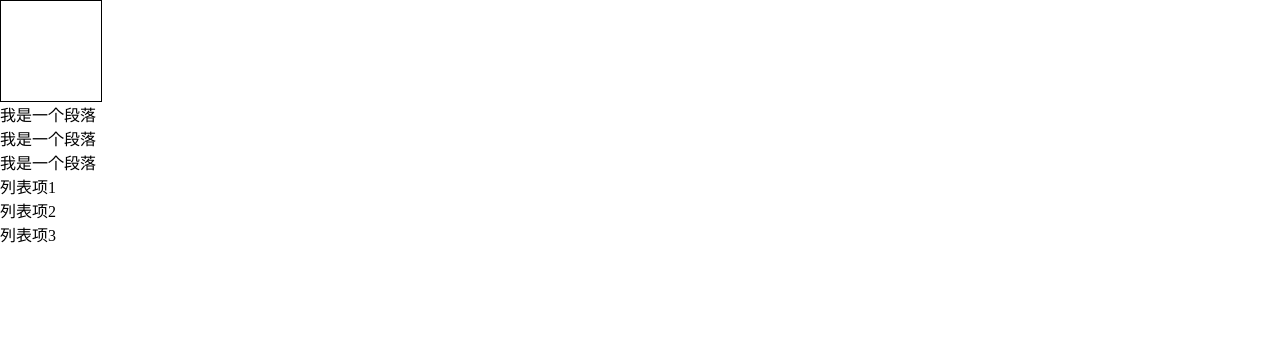
Repository: Romic77/css-test
Page: 默认样式.html
An editor plug-in stored every save of this project. The page is shown before and after the next save, followed by the edit.
The browser window is 1280 px wide. The pictures show the whole page.

Above is the page before, as saved 2022-09-03 01:13:57.

After the next save:
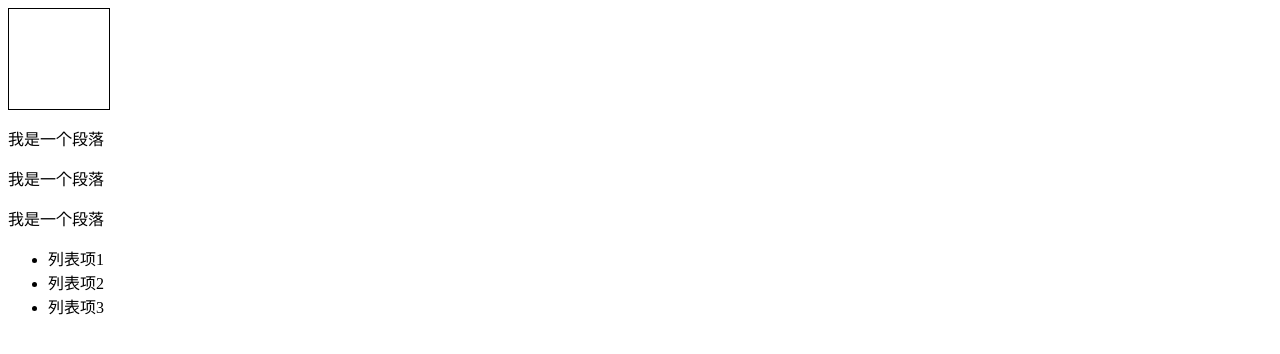
Not found: css
Saved 31 s later.
--- a/默认样式.html
+++ b/默认样式.html
@@ -6,6 +6,7 @@
     <meta http-equiv="X-UA-Compatible" content="IE=edge">
     <meta name="viewport" content="width=device-width, initial-scale=1.0">
     <title>Document</title>
+    <link rel="stylesheet" href="./css">
     <style>
         /* body {
             margin: 0px;
@@ -20,10 +21,10 @@
             padding: 0px;
         } */
 
-        * {
+        /*  * {
             margin: 0px;
             padding: 0px;
-        }
+        } */
 
         .box1 {
             width: 100px;

After the save that followed:
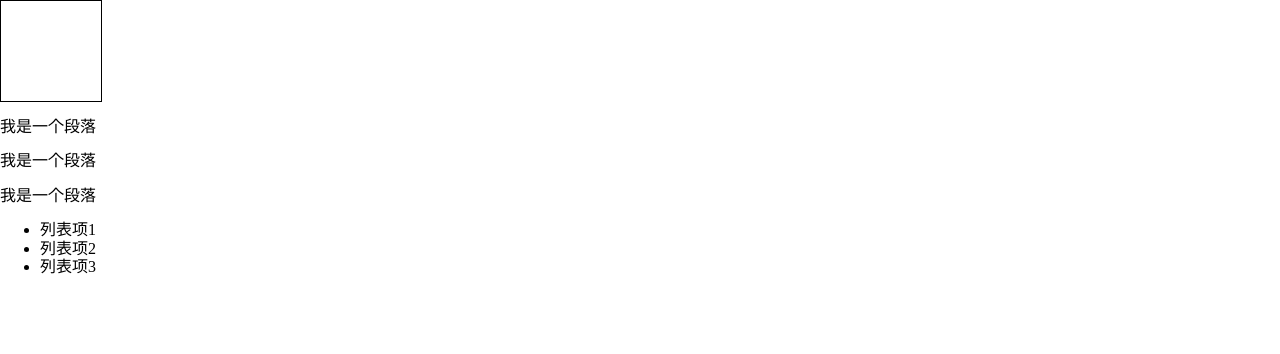
Saved 34 s later.
--- a/默认样式.html
+++ b/默认样式.html
@@ -6,7 +6,9 @@
     <meta http-equiv="X-UA-Compatible" content="IE=edge">
     <meta name="viewport" content="width=device-width, initial-scale=1.0">
     <title>Document</title>
-    <link rel="stylesheet" href="./css">
+    <!-- <link rel="stylesheet" href="./css/reset.css"> -->
+    <link rel="stylesheet" href="./css/normalize.css">
+
     <style>
         /* body {
             margin: 0px;
